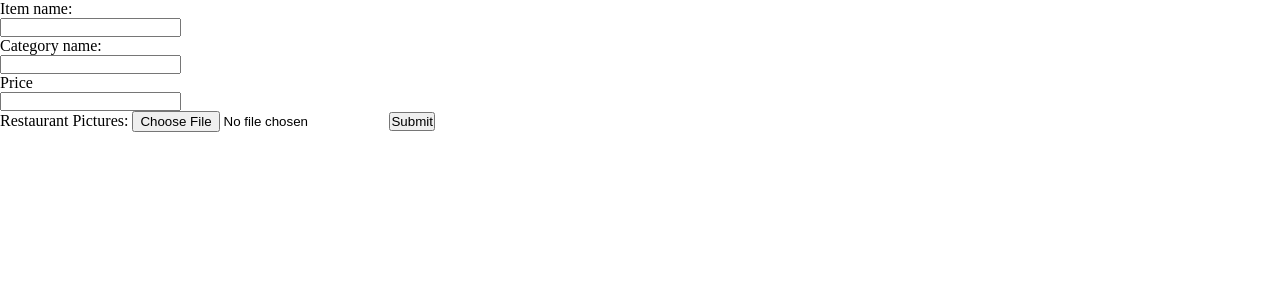
Repository: jatannoury/Ecommerce-Laravel-Electron
Page: Admin-electron/src/HTML/add_item.html
These files come from the project's save history. The page is drawn as it stood at one moment and after the next save; the edit follows.
The browser window is 1280 px wide. The pictures show the whole page.

Above is the page before, as saved 2022-06-10 22:11:13.

After the next save:
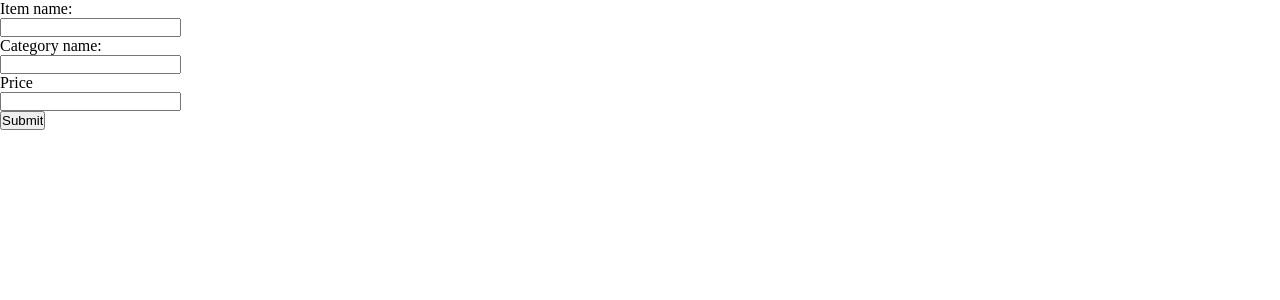
Saved 59 s later.
--- a/Admin-electron/src/HTML/add_item.html
+++ b/Admin-electron/src/HTML/add_item.html
@@ -15,8 +15,7 @@
             <input type="text" id="fname" name="fname" ><br>
             <label for="price" id="price">Price</label><br>
             <input type="text" id="fname" name="fname" ><br>
-            <label for="pictures">Restaurant Pictures:</label>
-            <input id="pictures" type="file" accept="image/*">
+
             <input type="submit" value="Submit">
 
         </form>
